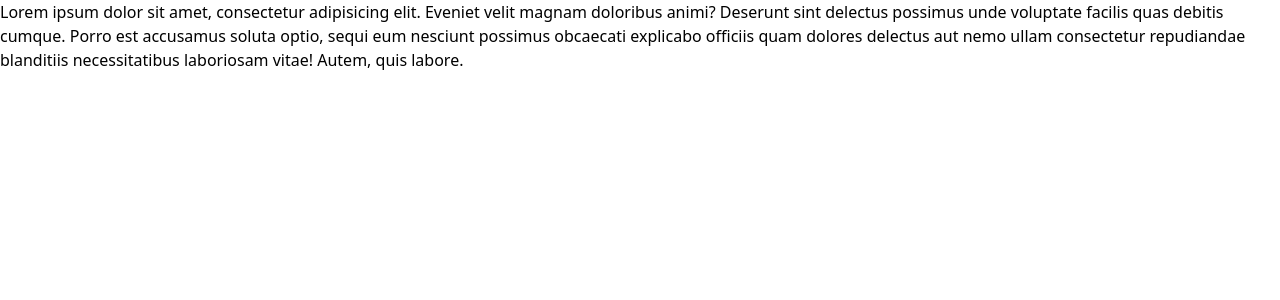
Repository: max535/react-typescript
Page: /about
An editor plug-in stored every save of this project. The page is shown before and after a run of saves, followed by the edit.
The browser window is 1280 px wide. The pictures show the whole page.
The project was rebuilt for these pictures with package versions that can differ from the ones it lists, and the page was loaded fresh each time. Also part of the build but not shown: src/components/ErrorMessage.tsx, src/components/CreateProduct.tsx, src/components/Loader.tsx, src/components/Modal.tsx, src/components/Product.tsx, src/hooks/products.ts, src/pages/ProductsPage.tsx.

Above is the page before, as saved 2022-07-29 19:09:39.

### public/index.html
<!DOCTYPE html>
<html lang="en">

<head>
  <meta charset="utf-8" />
  <meta
    name="viewport"
    content="width=device-width, initial-scale=1"
  />
  <title>React App</title>
</head>

<body>
  <div id="root"></div>
</body>

</html>

### src/index.tsx
import React from 'react';
import ReactDOM from 'react-dom/client';
import { BrowserRouter } from 'react-router-dom';

import { App } from './App';
import { ModalState } from './context/ModalContext';

import './index.css';

const root = ReactDOM.createRoot(document.getElementById('root') as HTMLElement);

root.render(
    <BrowserRouter>
        <ModalState>
            <App />
        </ModalState>
    </BrowserRouter>
)

### src/App.tsx
import { Routes, Route } from "react-router-dom";
import { AboutPage } from "./pages/AboutPage";
import { ProductsPage } from "./pages/ProductsPage";

export function App() {
    return (
        <Routes>
            <Route path="/" element={<ProductsPage />} />
            <Route path="/about" element={<AboutPage />} />
        </Routes>
    );
}

### src/context/ModalContext.tsx
import {createContext, useState} from 'react';

interface IModalContext{
    modal: boolean,
    open: () => void,
    close: () => void,
};

export const ModalContext = createContext<IModalContext>({
    modal: false,
    open: () => {},
    close: () => {},
});

export const ModalState = ({children}: {children: React.ReactNode}) => {
    const [modal, setModal] = useState(false);

    const open = () => setModal(true);
    const close = () => setModal(false);

    return (
        <ModalContext.Provider value={{modal, open, close}}>
            {children}
        </ModalContext.Provider>
    );
}

### src/pages/AboutPage.tsx
export function AboutPage() {
    return (
        <div>Lorem ipsum dolor sit amet, consectetur adipisicing elit. Eveniet velit magnam doloribus animi? Deserunt sint delectus possimus unde voluptate facilis quas debitis cumque. Porro est accusamus soluta optio, sequi eum nesciunt possimus obcaecati explicabo officiis quam dolores delectus aut nemo ullam consectetur repudiandae blanditiis necessitatibus laboriosam vitae! Autem, quis labore.</div>
    );
}

### src/components/Navigation.tsx
import { Link } from "react-router-dom";

export function Navigation() {
    return (
        <nav className="h-[50px] flex justify-between px-5bg-gray-500 text-white">
            <span className="font-bold">React2022</span>

            <span>
                <Link to="/">Products</Link>
                <Link to="/about">About</Link>
            </span>
        </nav>
    );
}

Loaded but not shown: src/index.css (common file); tailwind.config.js (common file)

After the next 2 saves:
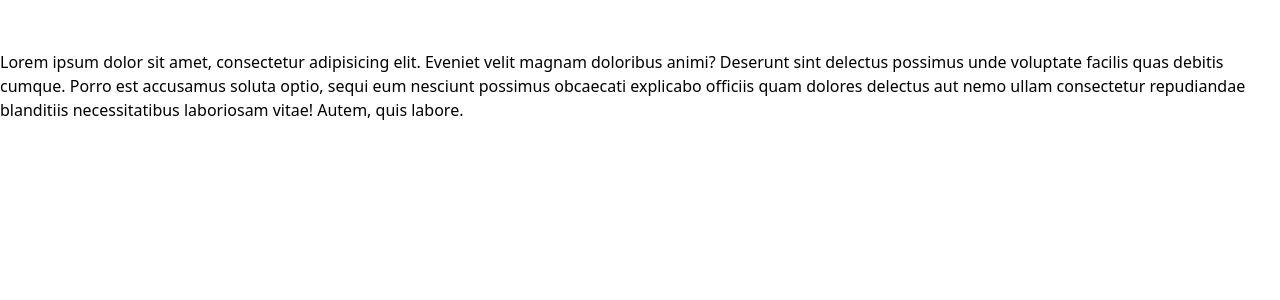
The 2 saves are shown as one change because 1 did not build or start.
The last was saved 74 s later.
--- a/src/App.tsx
+++ b/src/App.tsx
@@ -1,12 +1,16 @@
 import { Routes, Route } from "react-router-dom";
+import { Navigation } from "./components/Navigation";
 import { AboutPage } from "./pages/AboutPage";
 import { ProductsPage } from "./pages/ProductsPage";
 
 export function App() {
     return (
+        <>
+        <Navigation />
         <Routes>
             <Route path="/" element={<ProductsPage />} />
             <Route path="/about" element={<AboutPage />} />
         </Routes>
+        </>
     );
 }
